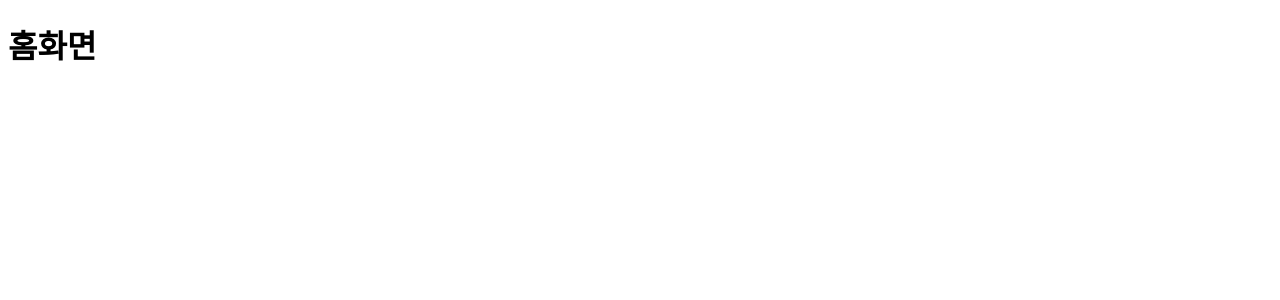
Repository: pyeonm30/PYMjspWorkspace
Page: http://localhost/basicJSP/05_member_login/02_main.jsp
An editor plug-in stored every save of this project. The page is shown before and after the next save, followed by the edit.
The browser window is 1280 px wide. The pictures show the whole page.
The page is served by Tomcat 9. The session is filled in as if someone had signed in: {"log": 1}. Other server files are loaded and not shown.

Above is the page before, as saved 2024-01-30 08:59:39.

### basicJSP/src/main/webapp/05_member_login/02_main.jsp
<%@ page language="java" contentType="text/html; charset=UTF-8"
    pageEncoding="UTF-8"%>
<%
  if(session.getAttribute("log")== null){
	  response.sendRedirect("index.jsp");
  }
%>
<!DOCTYPE html>
<html>
<head>
<meta charset="UTF-8">
<title>Insert title here</title>
</head>
<body>
<h1> 홈화면 </h1>
</body>
</html>

After the next save:
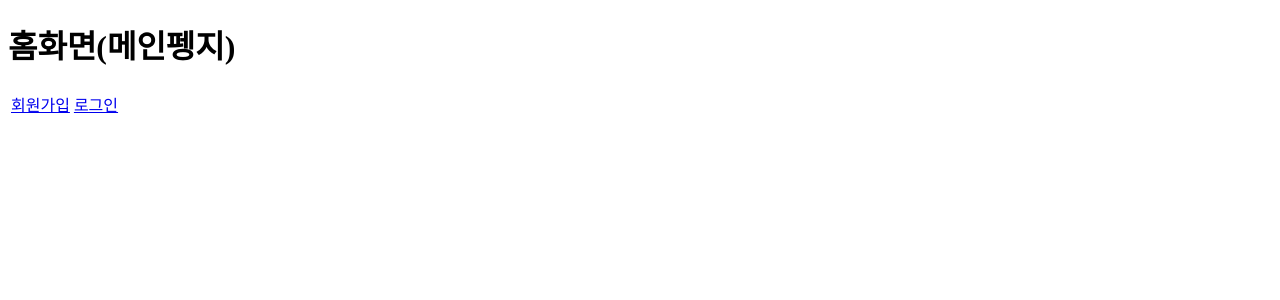
Saved 16 h 5 min later.
--- a/basicJSP/src/main/webapp/05_member_login/02_main.jsp
+++ b/basicJSP/src/main/webapp/05_member_login/02_main.jsp
@@ -12,6 +12,13 @@
 <title>Insert title here</title>
 </head>
 <body>
-<h1> 홈화면 </h1>
+<h1> 홈화면(메인펭지) </h1>
+	<table>
+		<tr>
+        	<td><a href="03_11joinForm.jsp"> 회원가입 </a></td>
+       		 <td><a href="03_21loginForm.jsp"> 로그인 </a></td>
+		</tr>
+
+</table>
 </body>
 </html>
